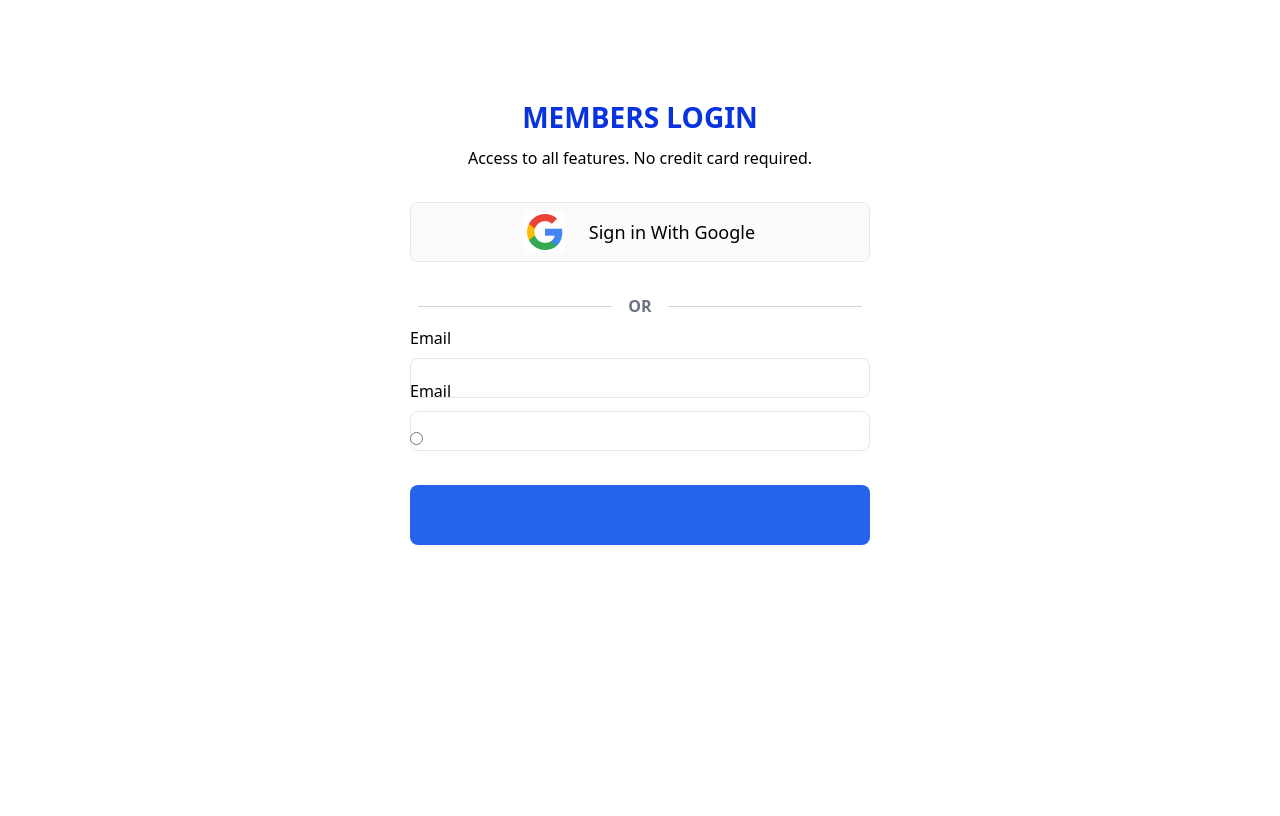
Repository: MaramMaryam/login
Page: login.html
An editor plug-in stored every save of this project. The page is shown before and after the next save, followed by the edit.
The browser window is 1280 px wide. The pictures show the whole page.
Some web libraries are served in a nearby version.

Above is the page before, as saved 2023-06-29 11:42:53.

After the next save:
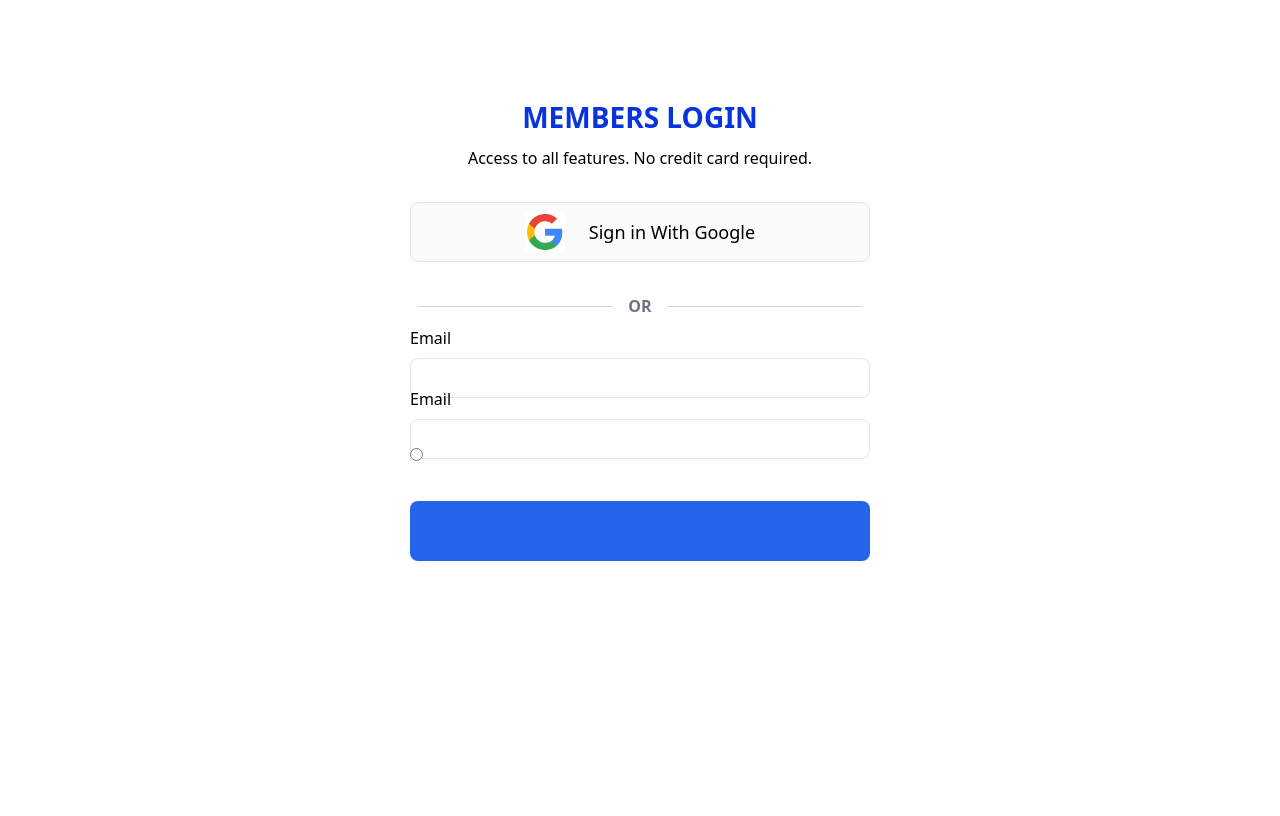
Saved 8 s later.
--- a/login.html
+++ b/login.html
@@ -54,7 +54,7 @@
                 </div>
                 <!-- <input type="email" class="w-full" placeholder="Email"> -->
             </div>
-            <div class="h-[45px] my-2">
+            <div class="h-[45px] my-4">
                 <div class="flex flex-col">
                     <label class="mb-2">Email</label>
                     <div
